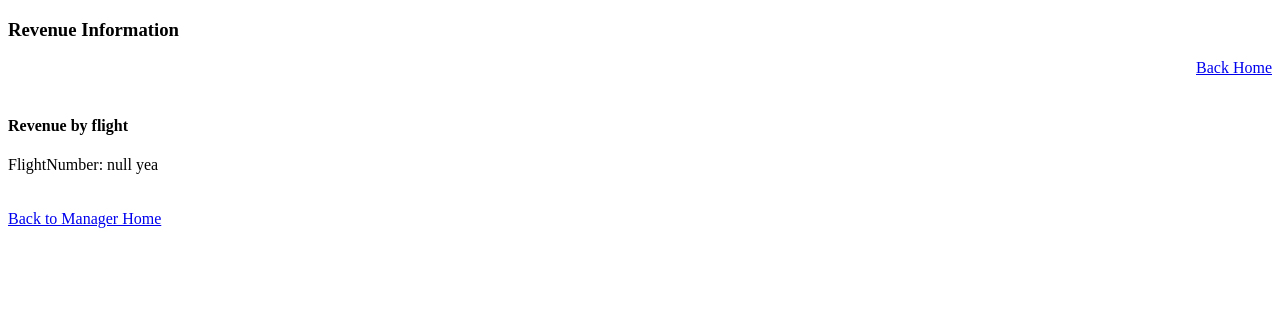
Repository: Pheazon/data_management
Page: http://localhost/cs336Final/revenueFlight.jsp
These files come from the project's save history. The page is drawn as it stood at one moment and after the next save; the edit follows.
The browser window is 1280 px wide. The pictures show the whole page.
The page is served by Tomcat 9. The database holds what the project's SQL file puts in it.

Above is the page before, as saved 2019-12-13 01:01:05.

After the next save:
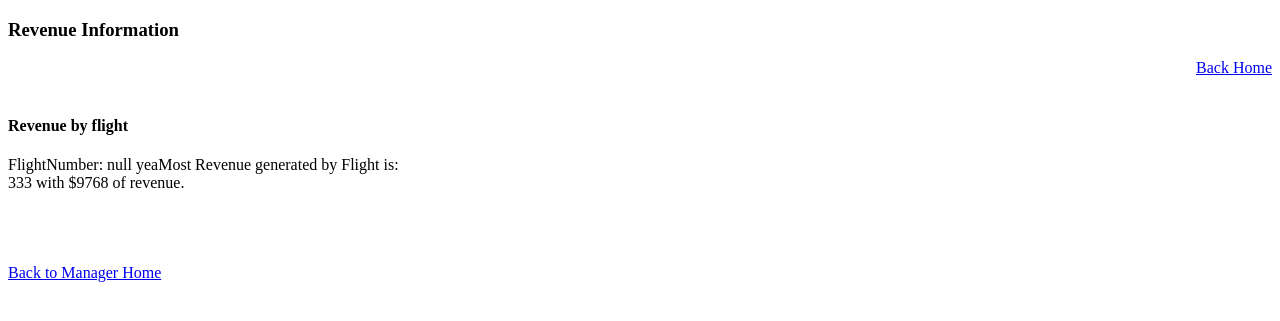
Saved 2 min 14 s later.
--- a/cs336Final/WebContent/revenueFlight.jsp
+++ b/cs336Final/WebContent/revenueFlight.jsp
@@ -35,7 +35,7 @@
 
 			Statement statement = con.createStatement();
 
-			String command = "SELECT ReservationNumber, sum(BookingFee) bf, sum(TotalFare) tf FROM Reservation GROUP BY FlightNumber DESC LIMIT 1";
+			String command = "SELECT FlightNumber, sum(BookingFee) bf, sum(TotalFare) tf FROM Reservation GROUP BY FlightNumber DESC LIMIT 1";
 			ResultSet result = statement.executeQuery(command);
 
 
